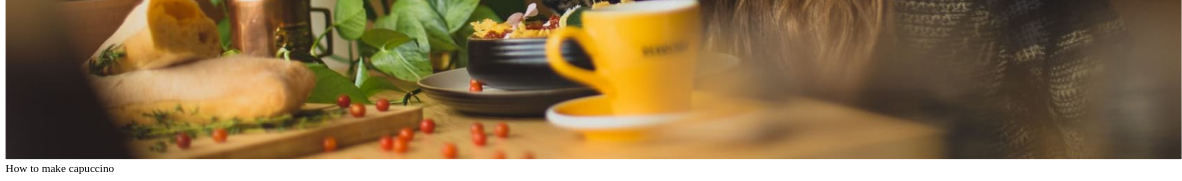
Repository: ngoctinvo/diner_project_cybersoft
Page: html/blog.html
An editor plug-in stored every save of this project. The page is shown before and after the next save, followed by the edit.
The browser window is 1280 px wide. The page is 1688 px wide, so the pictures cover 1688 px, including what lies to the right of the window. The pictures show the part of the page from y = 1315 to 2755 px (the page is 1573 px tall before and 4489 px after), at 70% of full size.

Above is the page before, as saved 2022-04-16 21:34:54.

### html/blog.html
<!DOCTYPE html>
<html lang="en">

<head>
    <meta charset="UTF-8">
    <meta http-equiv="X-UA-Compatible" content="IE=edge">
    <meta name="viewport" content="width=device-width, initial-scale=1.0">
    <title>Document</title>
</head>

<body>
    <header></header>
    <section class="blog">
        <div class="container">
            <div class="title"></div>
            <div class="row">
                <div class="left-posts">
                    <div class="list">
                        <div class="item">
                            <div class="img">
                                <button>Soup</button>
                                <span><i class="fa fa-clock"></i> 10 Min Cook</span>
                            </div>
                            <div class="content">
                                <h3>The Best Cookie Recipes To Bake This Weekend</h3>
                                <p>Lorem ipsum dolor sit amet consectetur adipisicing elit. Eos, fugiat.</p>
                            </div>
                            <div class="author">
                                <a href="#">
                                    <img src="../img/blog/team1.jpg" alt="">
                                    <span>Rashed Kabir</span>
                                </a>
                                <a href="#">Read More ></a>
                            </div>
                        </div>
                    </div>
                    <div class="control-btn"></div>
                </div>
                <div class="right-posts">
                    <div class="right-container">
                        <div class="item latest-recipes">
                            <h2>Lastest recipes</h2>
                            <div class="list">
                                <div class="item">
                                    <img src="../img/blog/banner1.jpg">
                                    <span>How to make capuccino</span>
                                </div>
                            </div>
                        </div>
                    </div>
                    <div class="item trending-posts"></div>
                    <div class="item categories"></div>
                    <div class="item advertisement"></div>
                </div>
            </div>
        </div>
        </div>
    </section>
    <footer></footer>
</body>

</html>

After the next save:
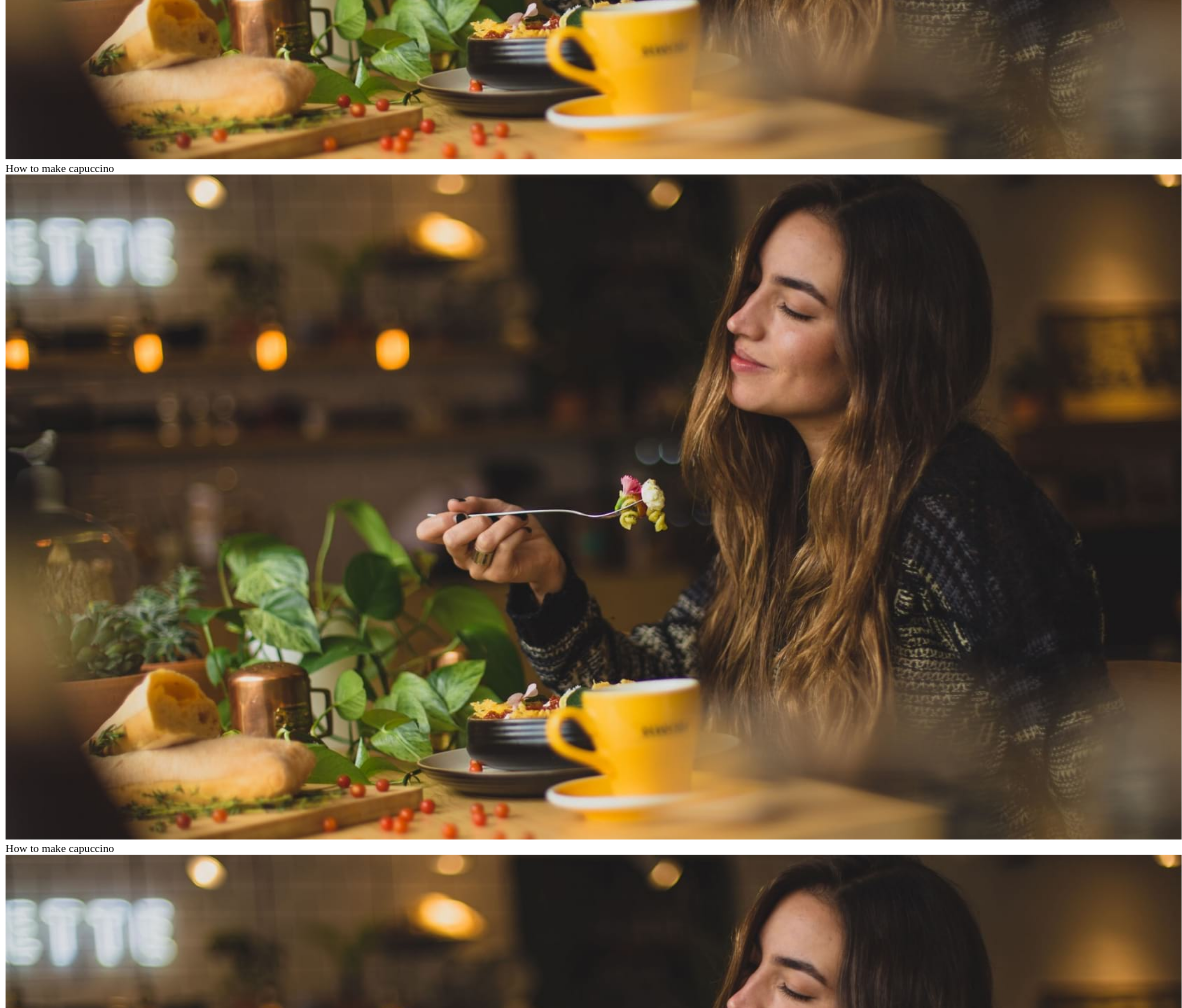
Saved 9 s later.
--- a/html/blog.html
+++ b/html/blog.html
@@ -45,6 +45,18 @@
                                     <img src="../img/blog/banner1.jpg">
                                     <span>How to make capuccino</span>
                                 </div>
+                                <div class="item">
+                                    <img src="../img/blog/banner1.jpg">
+                                    <span>How to make capuccino</span>
+                                </div>
+                                <div class="item">
+                                    <img src="../img/blog/banner1.jpg">
+                                    <span>How to make capuccino</span>
+                                </div>
+                                <div class="item">
+                                    <img src="../img/blog/banner1.jpg">
+                                    <span>How to make capuccino</span>
+                                </div>
                             </div>
                         </div>
                     </div>
